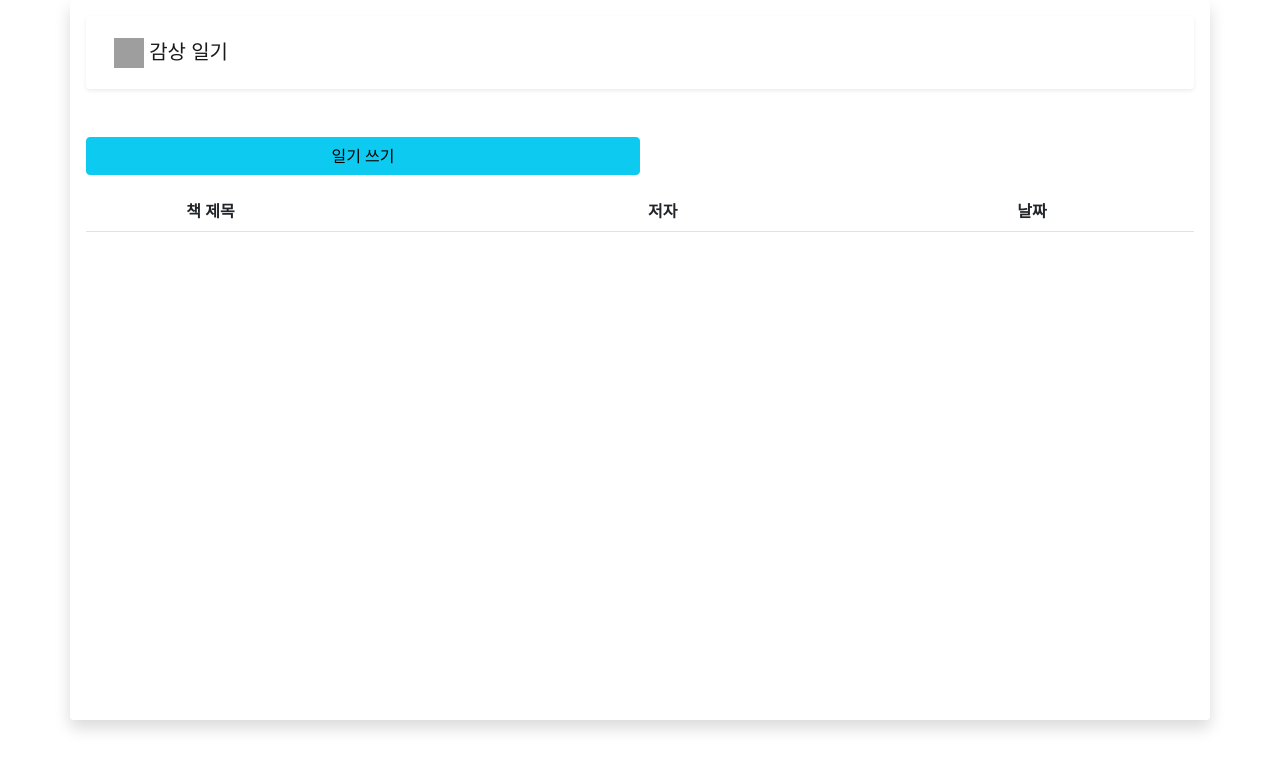
Repository: EunSung98/readMemo
Page: http://localhost/cultureMemoProject/memo/diary.jsp
These files come from the project's save history. The page is drawn as it stood at one moment and after the next save; the edit follows.
The browser window is 1280 px wide. The pictures show the whole page.
Pictures or frames that could not be fetched are drawn as grey boxes. The page is served by Tomcat 9. Other server files are loaded and not shown. Queries for data that is not in the repository find no rows.

Above is the page before, as saved 2023-06-07 12:39:02.

### cultureMemoProject/src/main/webapp/memo/diary.jsp
<%@page import="books.bookDo"%>
<%@page import="java.util.ArrayList"%>
<%@ page language="java" contentType="text/html; charset=UTF-8"
    pageEncoding="UTF-8"%>
<!DOCTYPE html>
<html>
<head>
<meta charset="UTF-8">
<title>Insert title here</title>
</head>
<body>
<div class="container shadow p-3 mb-5 bg-body rounded vh-100">
	<jsp:include page="../header.jsp"/>
	<div class="d-grid mt-5 w-50">
	  <button class="btn btn-info " type="button" onclick="location.href='upload.jsp'">일기 쓰기</button>
	</div>

	<table class="table table-striped mt-3">
	  <thead>
	    <tr>
	      <th class="col-1" scope="col"></th>
	      <th class="col-5"  scope="col">책 제목</th>
	      <th class="col-4" scope="col">저자</th>
	      <th class="col-3"  scope="col">날짜</th>
	    </tr>
	  </thead>
	    <tbody>

	   <jsp:useBean id="bdao" class="books.bookDao" scope="application" />

	<%
		String id = (String) session.getAttribute("id");

		ArrayList<bookDo> b = bdao.getAll(id);

		for(int i=0; i<b.size(); i++){
			bookDo bdo = b.get(i);
	%>
		<tr style="cursor: pointer" onclick="location.href='page.jsp?book=<%= bdo.getBookName()%>'">
	      <th scope="row"><%= i+1 %></th>
	      <td><%= bdo.getBookName() %></td>
	      <td><%= bdo.getWriter() %></td>
	      <td><%= bdo.getDate() %></td>
	    </tr>
	<%
		}
	%>
	  </tbody>
	</table>
</div>
</body>
</html>

### cultureMemoProject/src/main/webapp/header.jsp
<%@ page language="java" contentType="text/html; charset=UTF-8"
    pageEncoding="UTF-8"%>
<!DOCTYPE html>
<html>
<head>
<meta charset="UTF-8">
<link href="https://cdn.jsdelivr.net/npm/bootstrap@5.1.3/dist/css/bootstrap.min.css" rel="stylesheet" integrity="sha384-1BmE4kWBq78iYhFldvKuhfTAU6auU8tT94WrHftjDbrCEXSU1oBoqyl2QvZ6jIW3" crossorigin="anonymous">
<script src="https://cdn.jsdelivr.net/npm/bootstrap@5.1.3/dist/js/bootstrap.bundle.min.js" integrity="sha384-ka7Sk0Gln4gmtz2MlQnikT1wXgYsOg+OMhuP+IlRH9sENBO0LRn5q+8nbTov4+1p" crossorigin="anonymous"></script>
<title>Insert title here</title>
</head>
<body>
<nav class="bg-light navbar navbar-light shadow-sm p-3 mb-5 bg-body rounded w-100">
  <div class="container-fluid">
    <a class="navbar-brand" href="#">
      <img src="https://cdn-icons-png.flaticon.com/512/3238/3238016.png" alt="" width="30" height="30" class="d-inline-block align-text-top">
      감상 일기
    </a>
  </div>
</nav>
</body>
</html>

### cultureMemoProject/src/main/java/books/bookDao.java
package books;

import java.sql.Connection;
import java.sql.Date;
import java.sql.DriverManager;
import java.sql.PreparedStatement;
import java.sql.ResultSet;
import java.sql.SQLException;
import java.time.LocalDate;
import java.util.ArrayList;

import javax.naming.Context;
import javax.naming.InitialContext;
import javax.sql.DataSource;

public class bookDao {
	// DB 연동에 필요한 JDBC 클래스 선언
	Connection conn = null;
	PreparedStatement pstmt = null;
	ResultSet rs = null;

	public void uploadBook(bookDo bdo,String userId) {
		System.out.println("uploadBook() 처리 시작");

		//DB 연결
		connect_cp();

		//SQL 처리 루틴
		String sql = "insert into books(bookName,writer,date,content,memberId)"
		+" values(?,?,?,?,?)";

		LocalDate nowTime = LocalDate.now();

		try {
			pstmt = conn.prepareStatement(sql);
			pstmt.setString(1,bdo.getBookName());
			pstmt.setString(2,bdo.getWriter());
			pstmt.setDate(3,Date.valueOf(nowTime));
			pstmt.setString(4,bdo.getContent());
			pstmt.setString(5,userId);

			//sql문 실행 : 테이블에 변화 있으면  update..
			pstmt.executeUpdate();

			System.out.println("uploadBook() 처리 완료");
		} catch (SQLException e) {
			e.printStackTrace();
		}

		//디비 연결 종료
		disConnect();
	}

	public bookDo goPage(String book,String userId) {
		System.out.println("goPage() 처리 시작");
		connect_cp();

		bookDo bdo = new bookDo();

		String sql = "select * from books where bookName=? and memberId=?";
		try {
			pstmt = conn.prepareStatement(sql);
			pstmt.setString(1, book);
			pstmt.setString(2, userId);
			rs = pstmt.executeQuery();
			while(rs.next()) {
				bdo.setBookName(rs.getString(1));
				bdo.setWriter(rs.getString(2));
				bdo.setDate(rs.getTimestamp(3));
				bdo.setContent(rs.getString(4));
				bdo.setMemberId(rs.getString(5));
				System.out.println("goPage() 처리 완료");
			}
		} catch (SQLException e) {
			// TODO Auto-generated catch block
			e.printStackTrace();
		}
		disConnect();

		return bdo;
	}

	public void modifyBook(bookDo bdo,String book,String userId) {
		System.out.println("modifyBook() 처리 시작");

		//DB 연결
		connect_cp();

		//SQL 처리 루틴
		String sql = "update books set bookName=?,writer=?,date=?,content=? "
				+ "where bookName=? and memberId=?";

		try {
			pstmt = conn.prepareStatement(sql);
			pstmt.setString(1,bdo.getBookName());
			pstmt.setString(2,bdo.getWriter());
			pstmt.setDate(3,Date.valueOf(java.time.LocalDate.now()));
			pstmt.setString(4,bdo.getContent());
			pstmt.setString(5, book);
			pstmt.setString(6, userId);

			pstmt.executeUpdate();

			System.out.println("modifyBook() 처리 완료");
		} catch (SQLException e) {
			e.printStackTrace();
		}

		disConnect();
	}

	public void deleteBook(String book,String userId) {
		System.out.println("deleteBook() 처리 시작");
		connect_cp();

		String sql = "delete from books where bookName=? and memberId=?";
		try {
			pstmt = conn.prepareStatement(sql);
			pstmt.setString(1,book);
			pstmt.setString(2, userId);
			pstmt.executeUpdate();
			System.out.println("deleteBook() 처리 완료");
		} catch (SQLException e) {
			e.printStackTrace();
		}

		disConnect();
	}

	public ArrayList<bookDo> getAll(String userId) {
		System.out.println(" getAll() 처리 시작");

		//DB 연결
		connect_cp();
		ArrayList<bookDo> bList = new ArrayList<bookDo>();

		//SQL 처리 루틴
		String sql = "select * from books where memberId=?";

		try {
			pstmt = conn.prepareStatement(sql);
			pstmt.setString(1, userId);
			rs = pstmt.executeQuery();

			while(rs.next()) {
				bookDo bdo = new bookDo();
				bdo.setBookName(rs.getString(1));
				bdo.setWriter(rs.getString(2));
				bdo.setDate(rs.getTimestamp(3));
				bdo.setContent(rs.getString(4));
				bdo.setMemberId(rs.getString(5));

				bList.add(bdo);
			}
			System.out.println("getAll() 처리 완료");
		} catch (SQLException e) {
			e.printStackTrace();
		}
		disConnect();

		return bList;
	}

	public void connect_cp() {
		try {
			//context 객체 생성
			Context initctx = new InitialContext();
			//context.xml 접근
			Context envctx = (Context) initctx.lookup("java:/comp/env");

			//'jdbc/pool' 이름의 커넥션 풀에 접근
			DataSource ds = (DataSource) envctx.lookup("jdbc/pool");
			//collection pool로부터 collection 하나 빌려오기
			conn = ds.getConnection();

			System.out.println("collection pool로부터 디비 연결 성공");
		} catch (Exception e) {
			// TODO Auto-generated catch block
			e.printStackTrace();
		}

	}

	public void disConnect() {
		if(conn != null) {
			try {
				conn.close();
			}catch(SQLException e) {
				e.printStackTrace();
			}
		}
		if(pstmt != null) {
			try {
				pstmt.close();
			}catch(SQLException e) {
				e.printStackTrace();
			}
		}
		if(rs != null) {
			try {
				rs.close();
			} catch (SQLException e) {
				e.printStackTrace();
			}
		}
	}
}

After the next save:
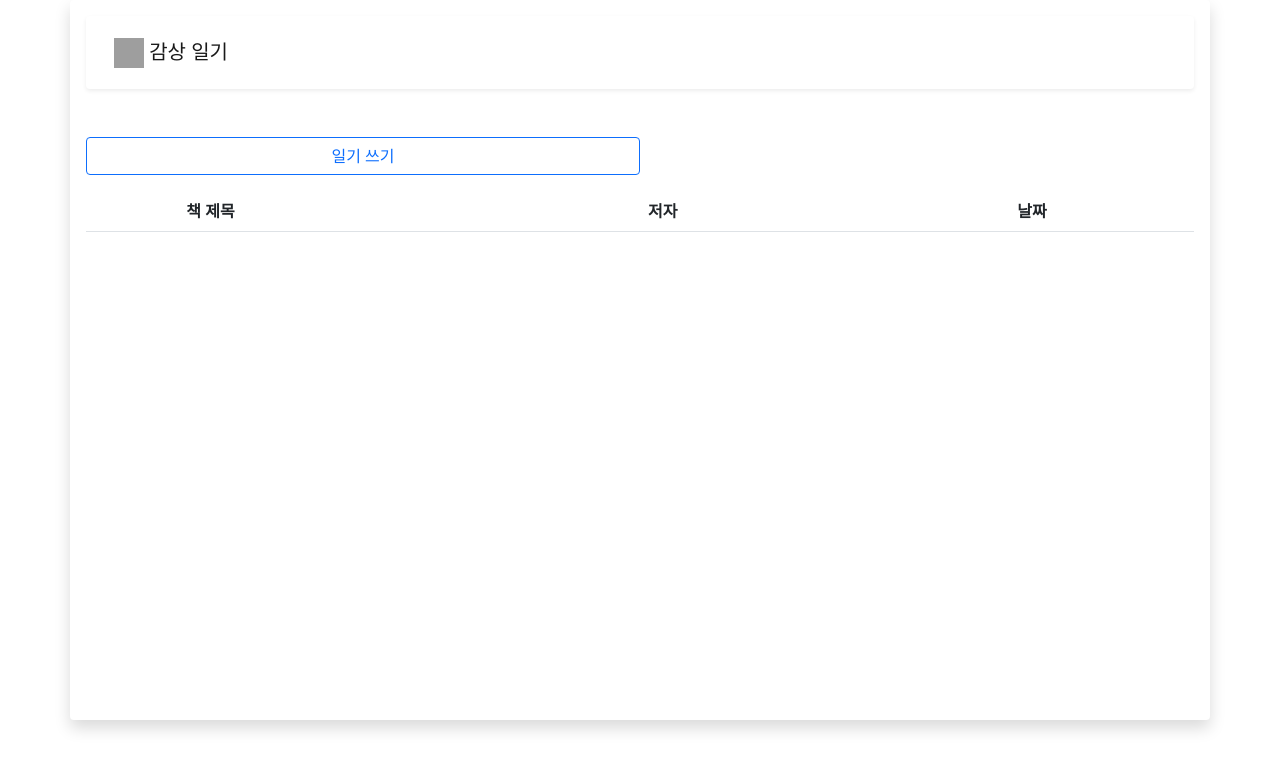
Saved 37 s later.
--- a/cultureMemoProject/src/main/webapp/memo/diary.jsp
+++ b/cultureMemoProject/src/main/webapp/memo/diary.jsp
@@ -12,7 +12,7 @@
 <div class="container shadow p-3 mb-5 bg-body rounded vh-100">
 	<jsp:include page="../header.jsp"/>
 	<div class="d-grid mt-5 w-50">
-	  <button class="btn btn-info " type="button" onclick="location.href='upload.jsp'">일기 쓰기</button>
+	  <button class="btn btn-outline-primary " type="button" onclick="location.href='upload.jsp'">일기 쓰기</button>
 	</div>
 
 	<table class="table table-striped mt-3">

After the save that followed:
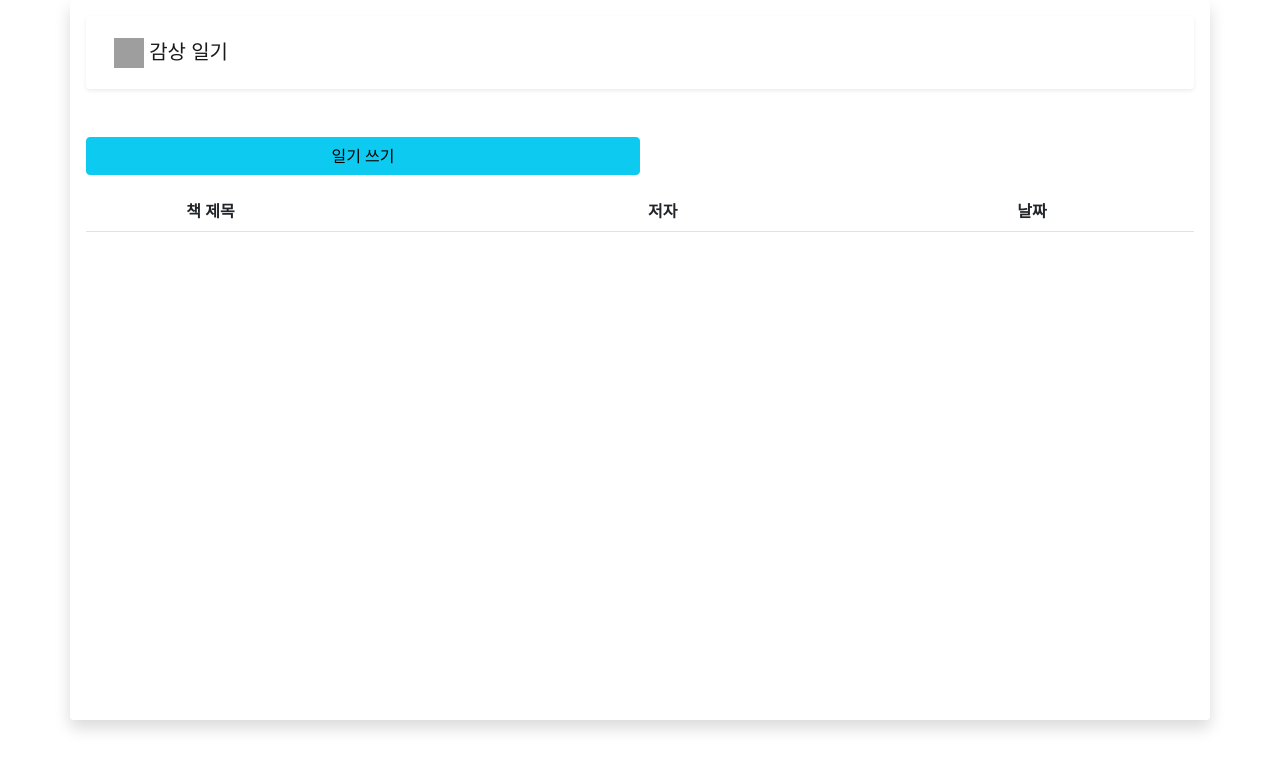
Saved 13 s later.
--- a/cultureMemoProject/src/main/webapp/memo/diary.jsp
+++ b/cultureMemoProject/src/main/webapp/memo/diary.jsp
@@ -12,7 +12,7 @@
 <div class="container shadow p-3 mb-5 bg-body rounded vh-100">
 	<jsp:include page="../header.jsp"/>
 	<div class="d-grid mt-5 w-50">
-	  <button class="btn btn-outline-primary " type="button" onclick="location.href='upload.jsp'">일기 쓰기</button>
+	  <button class="btn btn-info " type="button" onclick="location.href='upload.jsp'">일기 쓰기</button>
 	</div>
 
 	<table class="table table-striped mt-3">
